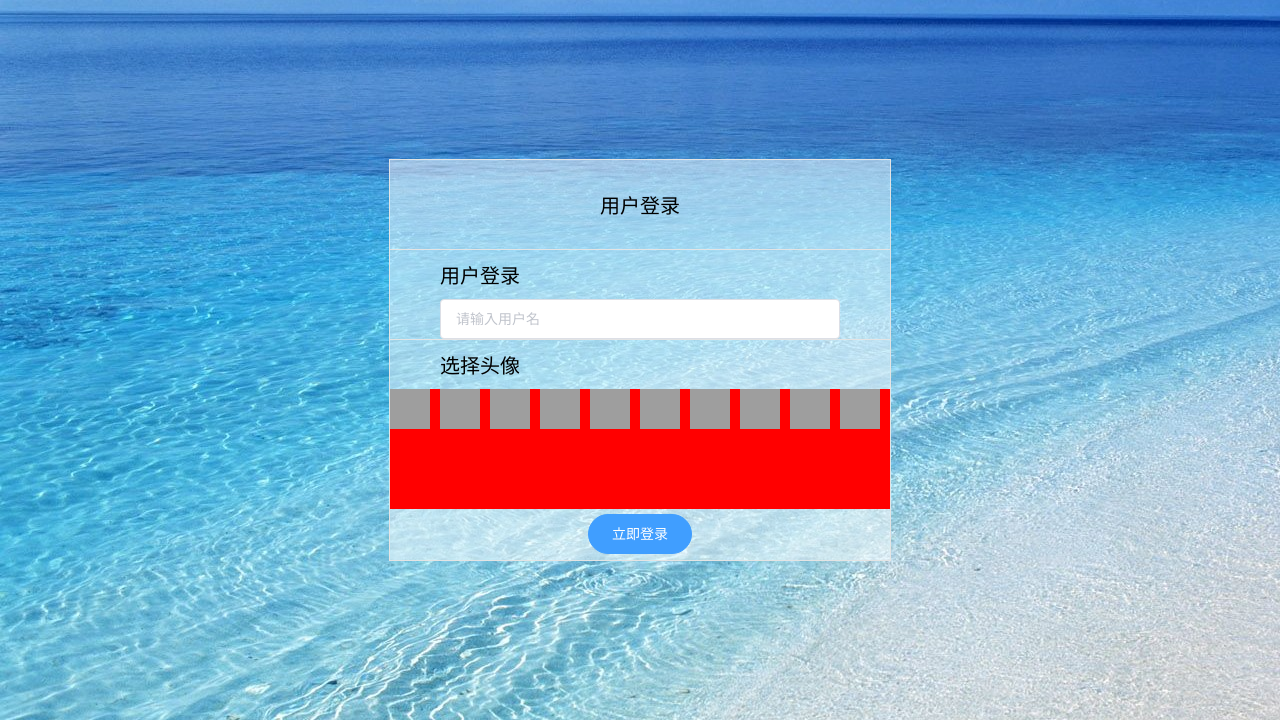
Repository: jinggegeZ/livechat
Page: /login
These files come from the project's save history. The page is drawn as it stood at one moment and after the next save; the edit follows.
The browser window is 1280 px wide. The pictures show the whole page.
Pictures or frames that could not be fetched are drawn as grey boxes. The project was rebuilt for these pictures with package versions that can differ from the ones it lists, and the page was loaded fresh each time. Also part of the build but not shown: src/views/Home.vue. Imported but missing from the stored project, and not drawn on this page: public/image/01., public/image/02, public/image/03, public/image/04, public/image/05, public/image/06, public/image/07, public/image/08 and 2 more.

Above is the page before, as saved 2020-08-17 15:36:08.

### src/main.js
import Vue from 'vue'
import App from './App.vue'
import router from './router'
import store from './store'
import ElementUI from 'element-ui';
import 'element-ui/lib/theme-chalk/index.css';

Vue.config.productionTip = false
Vue.use(ElementUI);
new Vue({
  router,
  store,
  render: h => h(App)

}).$mount('#app')

### src/App.vue
<template>
  <div id="app">

    <router-view/>
  </div>
</template>

<style lang="scss">
@import'../src/style/commoent'

</style>

### src/router/index.js
import Vue from 'vue'
import VueRouter from 'vue-router'
import Home from '../views/Home.vue'

Vue.use(VueRouter)

  const routes = [
  {
    path: '/',
    name: 'Home',
    component: Home
  },
  {
    path: '/login',
    name: 'login',
    component: () => import('../views/login.vue')
  }
]

const router = new VueRouter({
  mode: 'history',
  base: process.env.BASE_URL,
  routes
})

export default router

### src/style/commoent.css
*{
    margin: 0;
    padding: 0;
  }
  html {
    width: 100%;
    height: 100%;
  }
  #app {
    width: 100%;
    height: 100%;
  }
  body {
    width: 100%;
    height: 100%;
  }

### src/views/login.vue
<template>
  <div class="content">
    <div class="content-c">
      <div class="loginbox">
        <div class="username">用户登录</div>
        <!-- 用户登录 -->
        <div class="username1">用户登录</div>
        <!-- 用户名 -->
        <div class="input">
          <div class="inputbox">
            <el-input v-model="username" placeholder="请输入用户名"></el-input>
          </div>
        </div>
        <!-- 选择头像 -->
        <div class="username1">选择头像</div>
        <!-- 选择头像 -->
        <div class="imgbox">
          <div class="imgbox1" v-for="(item,index) in imgs" :key="index">
            <div>
              <img class="imgbox2" :src="item.img" alt="">
            </div>
          </div>
        </div>
        <!-- 确认登录 -->
        <div class="login">
           <el-button type="primary" round>立即登录</el-button>
        </div>
      </div>
    </div>
  </div>
</template>

<script>
export default {
  name: "",
  props: {},
  components: {},
  data() {
    return {
      username: "",
      imgs:[
        {img: require('../../public/image/01.')},
        {img: require('../../public/image/02')},
        {img: require('../../public/image/03')},
        {img: require('../../public/image/04')},
        {img: require('../../public/image/05')},
        {img: require('../../public/image/06')},
        {img: require('../../public/image/07')},
        {img: require('../../public/image/08')},
        {img: require('../../public/image/09')},
        {img: require('../../public/image/10')},
      ]
    };
  },
  methods: {},
  mounted() {},
  watch: {},
  computed: {},
};
</script>

<style scoped>
.content {
  width: 100%;
  height: 100%;
  display: flex;
  justify-content: center;
  align-items: center;
  background: url("../../public/image/02a28d595dea30839eeaa0fdd15dfce2.jpg")
    no-repeat;
  font-size: 20px;
}
.content-c {
  width: 100%;
  display: flex;
  justify-content: center;
  align-items: center;
}
.loginbox {
  width: 500px;
  height: 400px;
  border: 1px solid rgb(228, 228, 228);
  background: rgba(255, 255, 255, 0.5);
}
.username {
  width: 100%;
  height: 89px;
  display: flex;
  justify-content: center;
  align-items: center;
  border-bottom: 1px solid rgb(228, 228, 228);
}
.username1 {
  width: 100%;
  height: 49px;
  display: flex;
  justify-content: flex-start;
  align-items: center;
  margin-left: 50px;
}
.input {
  width: 100%;
  display: flex;
  justify-content: center;
  align-items: center;
  border-bottom: 1px solid rgb(228, 228, 228);
}
.inputbox {
  width: 80%;
}
.imgbox {
  width: 100%;
  display: flex;
  justify-content: center;
}
.imgbox1 {
  width: 80%;
  height: 120px;
  background:red;
}
.login {
  width: 100%;
  display: flex;
  justify-content: center;
  height: 50px;
  align-items: center;
}
.imgbox2 {
  width: 40px;
  height: 40px;
}
</style>

Loaded but not shown: public/index.html (common file); src/store/index.js (common file)

After the next save:
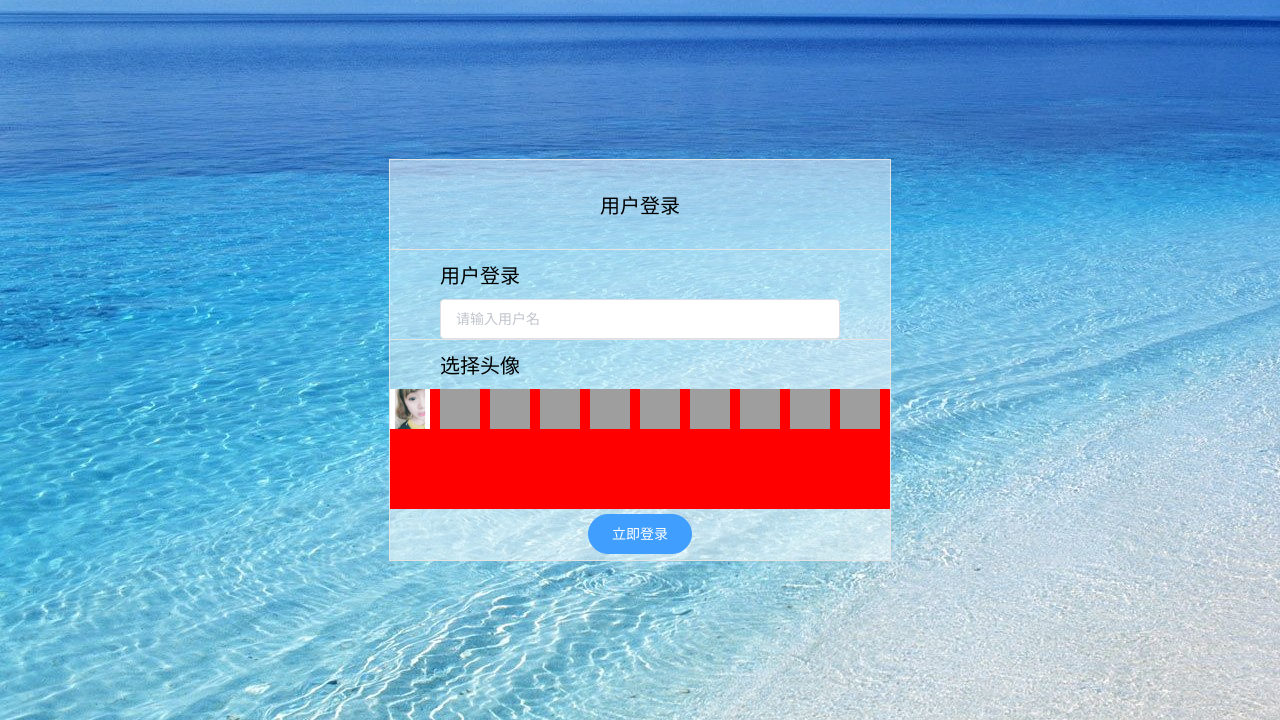
Saved 12 s later.
--- a/src/views/login.vue
+++ b/src/views/login.vue
@@ -39,7 +39,7 @@ export default {
     return {
       username: "",
       imgs:[
-        {img: require('../../public/image/01.')},
+        {img: require('../../public/image/01.png')},
         {img: require('../../public/image/02')},
         {img: require('../../public/image/03')},
         {img: require('../../public/image/04')},
